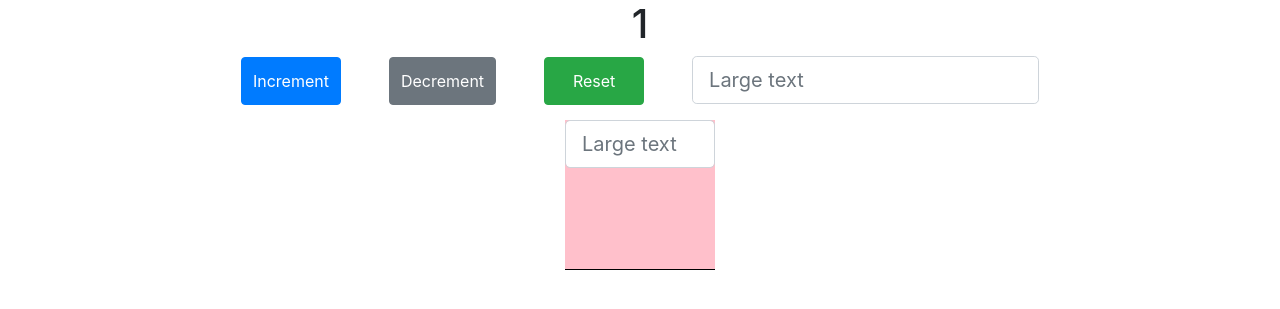
Repository: tts2610/redux-counter
Page: /
The author's editor kept a copy of each file at every save. The page is drawn from the files as they stood at one save, then again after the next save.
The browser window is 1280 px wide. The pictures show the whole page.
The project was rebuilt for these pictures with package versions that can differ from the ones it lists, and the page was loaded fresh each time.

Above is the page before, as saved 2020-06-09 17:24:02.

After the next save:
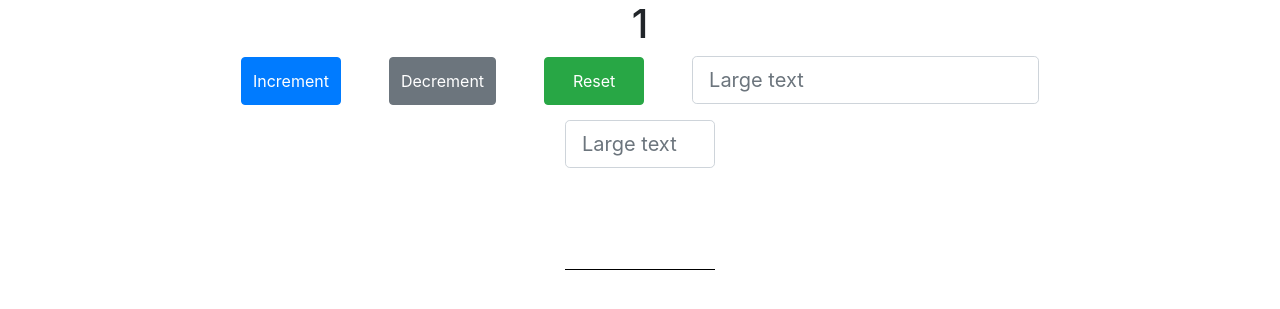
Saved 2 min 28 s later.
--- a/src/App.js
+++ b/src/App.js
@@ -17,7 +17,7 @@
         style={{
           width: "150px",
           height: "150px",
-          backgroundColor: `${color}`,
+          backgroundColor: `${arr.color}`,
           margin: "0 auto",
           borderBottom: "1px solid black",
         }}

After the save that followed:
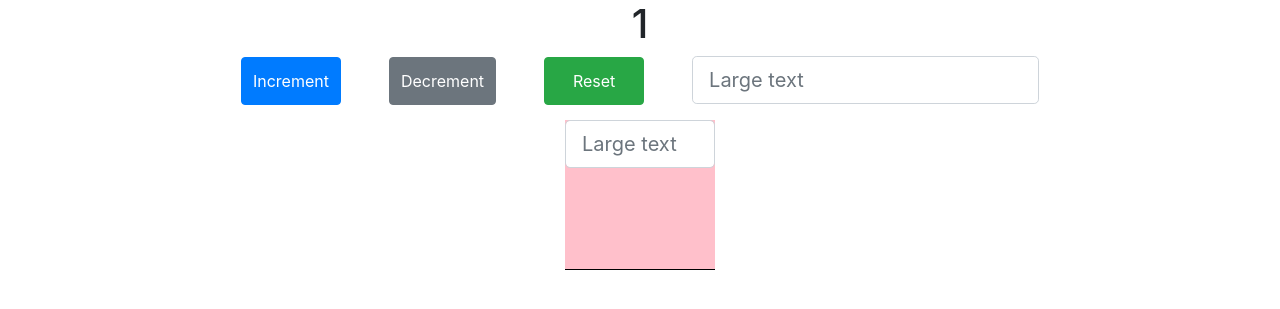
Saved 39 s later.
--- a/src/App.js
+++ b/src/App.js
@@ -17,7 +17,7 @@
         style={{
           width: "150px",
           height: "150px",
-          backgroundColor: `${arr.color}`,
+          backgroundColor: `${color}`,
           margin: "0 auto",
           borderBottom: "1px solid black",
         }}
